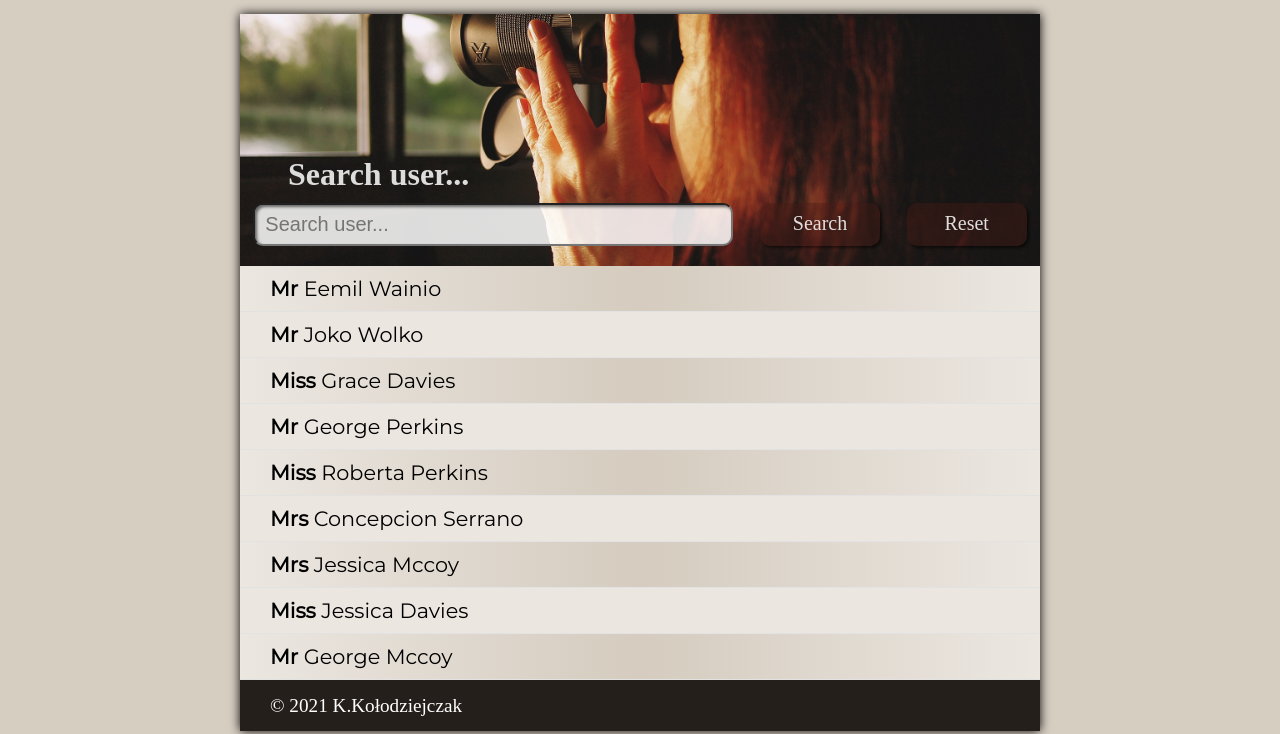
Repository: KrzysKolo/sr_tydzien5_zad4
Page: /
An editor plug-in stored every save of this project. The page is shown before and after the next save, followed by the edit.
The browser window is 1280 px wide. The pictures show the whole page.
Some web fonts or font styles are not loaded; a fallback is used. The project was rebuilt for these pictures with package versions that can differ from the ones it lists, and the page was loaded fresh each time. Also part of the build but not shown: src/components/userContainerComponents/Error.js.

Above is the page before, as saved 2021-01-04 01:13:19.

After the next save:
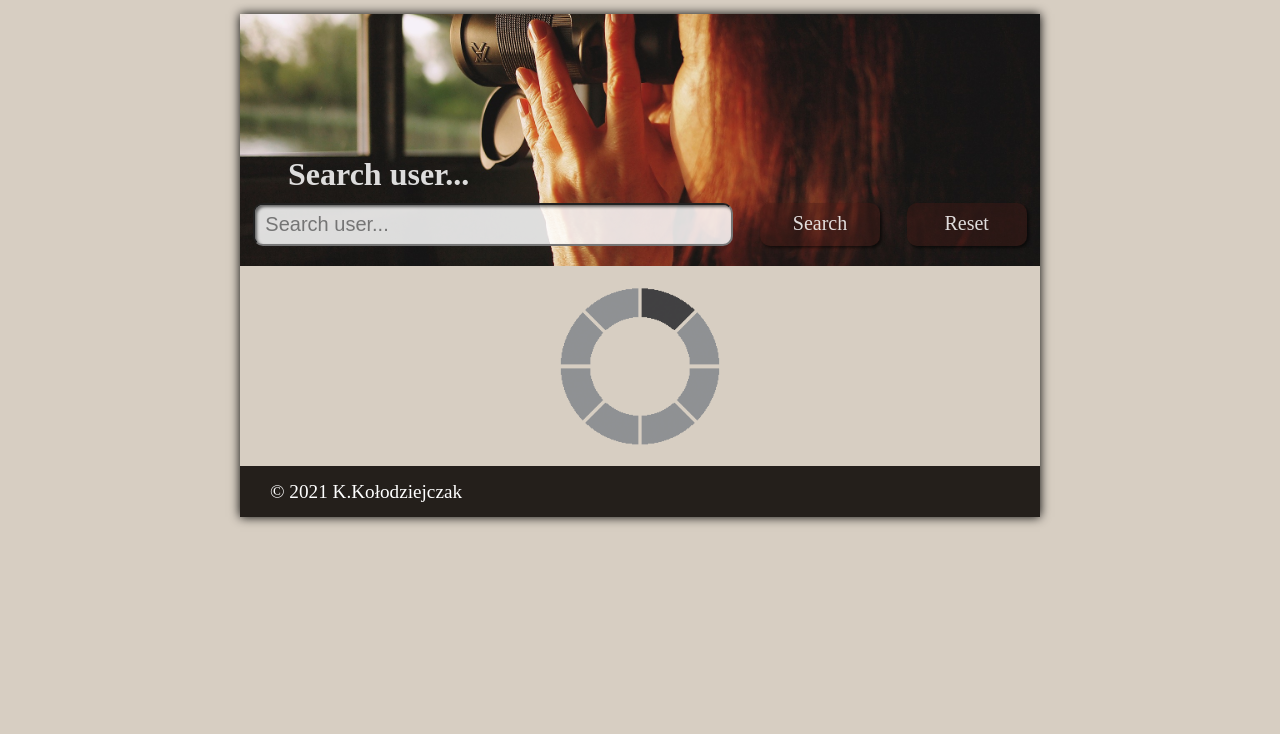
Not found: userse.json
Saved 74 s later.
--- a/src/components/UsersContainer.js
+++ b/src/components/UsersContainer.js
@@ -4,7 +4,7 @@ import { Header, UserList, Footer } from './userContainerComponents/'
 
 const UsersContainer = () => {
 
-  const UsersAPI = '/users.json';
+  const UsersAPI = '/userse.json';
 
   const [ users, setUsers ] = useState([]);
   const [loading, setLoading] = useState(false);

After the save that followed:
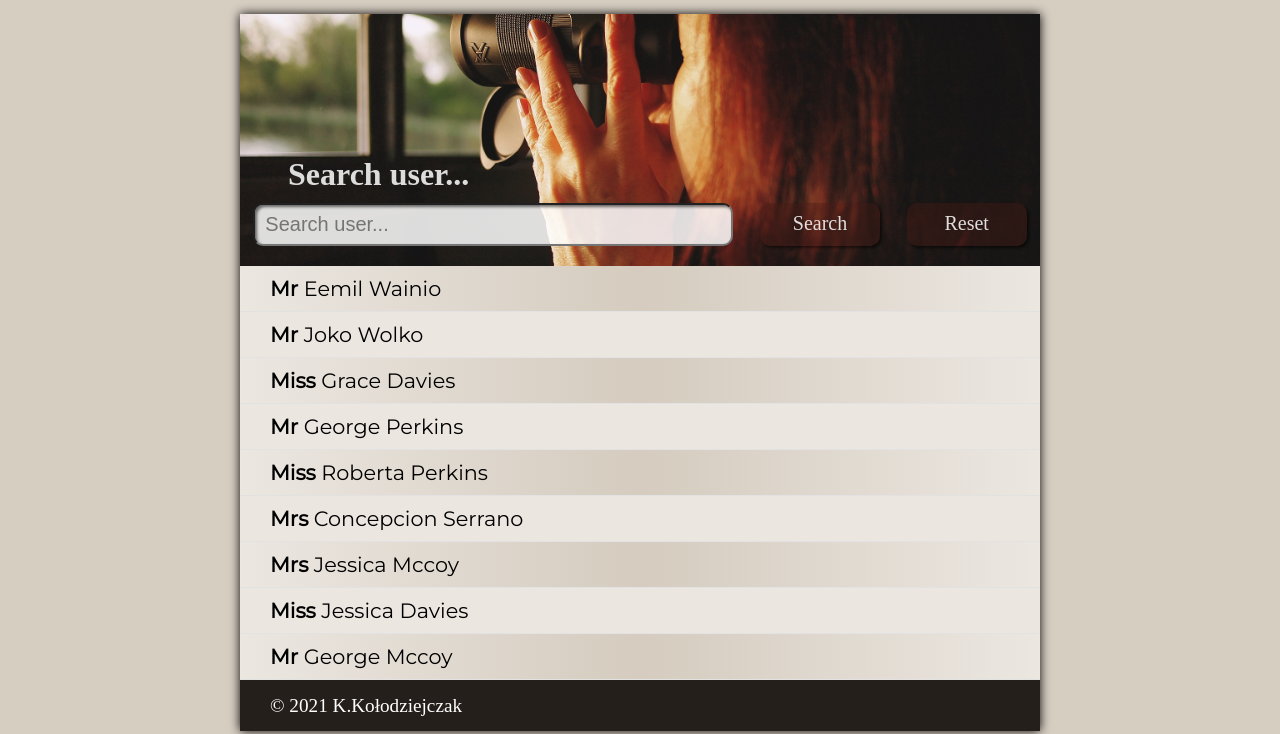
Saved 28 s later.
--- a/src/components/UsersContainer.js
+++ b/src/components/UsersContainer.js
@@ -4,7 +4,7 @@ import { Header, UserList, Footer } from './userContainerComponents/'
 
 const UsersContainer = () => {
 
-  const UsersAPI = '/userse.json';
+  const UsersAPI = '/users.json';
 
   const [ users, setUsers ] = useState([]);
   const [loading, setLoading] = useState(false);
